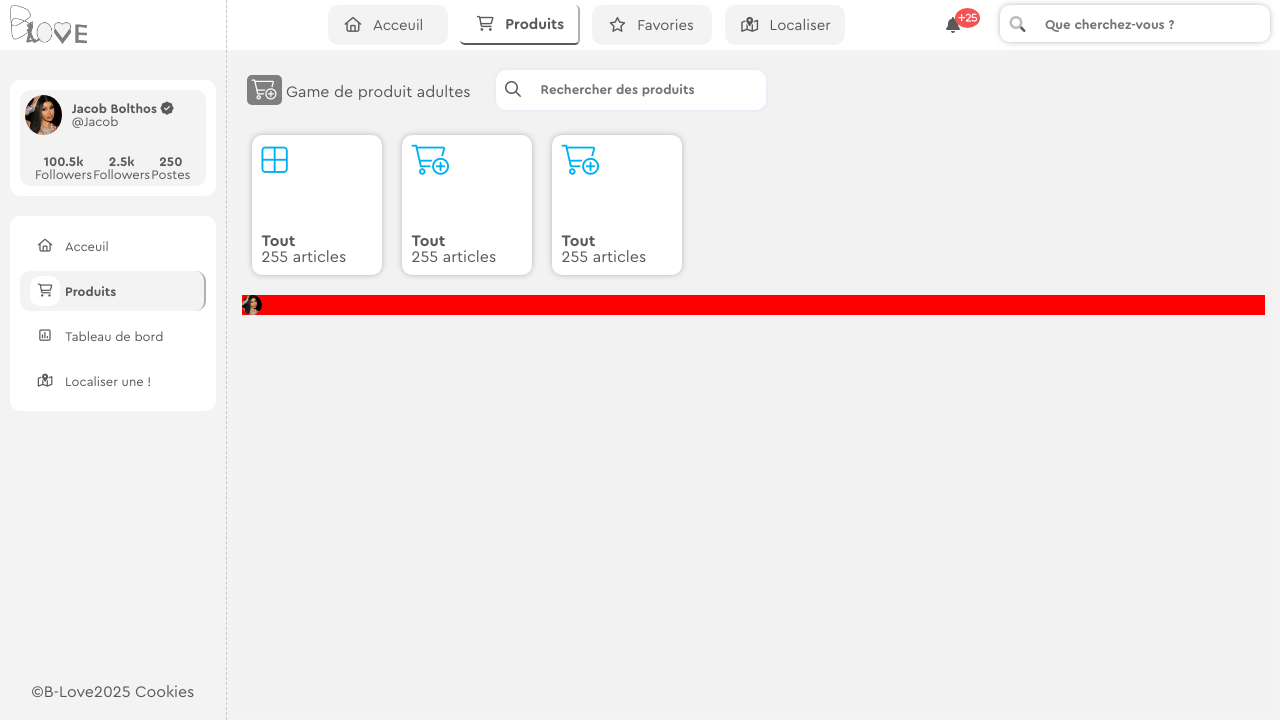
Repository: moomoony-log/b-love
Page: /home/product
The author's editor kept a copy of each file at every save. The page is drawn from the files as they stood at one save, then again after the next save.
The browser window is 1280 px wide. The pictures show the whole page.
The project was rebuilt for these pictures with package versions that can differ from the ones it lists, and the page was loaded fresh each time. Also part of the build but not shown: vite.config.ts, src/rules/legacy.tsx, src/rules/privacy.tsx, src/view/auth.tsx, src/view/main/acceuil.tsx, src/view/main/dashbord.tsx, src/view/main/info-account.tsx, src/view/main/account.tsx and 1 more.

Above is the page before, as saved 2025-10-02 16:06:34.

### index.html
<!--
        ?????????         ?????????        ???????????????????
        ????? ?????     ????? ?????      ??????????   ??????????
        ?????  ?????   ?????  ?????    ????????         ????????
        ?????   ????? ?????   ?????    ??????            ????????
        ?????    ?????????    ?????    ??????            ????????
        ?????      ?????      ?????    ???????          ????????
        ?????                 ?????     ?????????      ????????
        ?????                 ?????        ???????????????????
        ?????                 ?????         ????????????????

    TRAVAIL JUSQU'A CE QU'ON DISE QUE TU ES FRANC-MAÇON
    TRAVAIL JUSQU'A CE QU'ON DISE QUE TU ES FRANC-MAÇON
    TRAVAIL JUSQU'A CE QU'ON DISE QUE TU ES FRANC-MAÇON
-->
<!doctype html>
<html lang="en">
  <head>
    <meta charset="UTF-8">
    <meta name="viewport" content="width=device-width, initial-scale=1.0">
    <meta http-equiv="X-UA-Compatible" content="IE=edge">
    <!-- Inbuilt -->
    <link rel="shortcut icon" href="./img/logoloveb.png" type="image/x-icon">
    <!-- <link rel="stylesheet" href="./vendor/font-awesome-pro/css/all.css">  -->
    <!-- <link rel="stylesheet" href="./css/app.css">  -->
    <title>B!love</title>
  </head>
  <body id="index">
    <div id="main-container"></div>
    <script type="module" src="/src/main.tsx"></script>
  </body>
</html>

### src/main.tsx
import { StrictMode } from 'react'
import { createRoot } from 'react-dom/client'
import App from './app'

createRoot(document.getElementById('main-container')!).render(
  <StrictMode>
    <App />
  </StrictMode>
)

### src/app.tsx

import { createBrowserRouter, RouterProvider } from "react-router-dom";
import Legacy from "./rules/legacy";
import Privacy from "./rules/privacy";
import Main from "./view/main/main";
import Auth from "./view/auth";
import Acceuil from "./view/main/acceuil";
import Dashbord from "./view/main/dashbord";
import "../public/css/app.css"
import "../public/vendor/font-awesome-pro/css/all.css"
import InfoAccount from "./view/main/info-account";
import Account from "./view/main/account";
import BecomeToMember from "./view/main/becomeToMember";
import Product from "./view/main/product";

// import Auth from "./view/auth";

const router =  createBrowserRouter([
	{
		path:'/',
		element:<Auth/>
	},
	{
		path:'/legacy',
		element:<Legacy/>
	},
	{
		path:'/privacy',
		element:<Privacy/>
	},
	{
		path:'/home',
		element:<Main/>,
		children:[
			{
				path:'acceuil',
				element: <Acceuil/>
			},
			{
				path:'dashbord',
				element: <Dashbord/>,
			},
			{
				path: 'product',
				element: <Product/>
			},
			{
				path:'check',
				element: <div>Localisation</div>
			},
			{
				path:'client',
				element: <InfoAccount/>,
				children: [
					{
						path:'compte',
						element: <Account/>
					},
					{
						path:'devenir_membre',
						element: <BecomeToMember/>
					},

				]
			}

		]
	}
])

// --> POINT D'ENTREE DANS L'APP(INDEX --> AUTH)
function App() {
	return <RouterProvider router={router}/>
}

export default App

### src/view/main/product.tsx
import { useEffect, useRef } from "react"
import Input from "../../components/basic/input"

const Product = () => {
    const productRef = useRef<HTMLDivElement>(null)

        useEffect(()=> {
            const parent = productRef.current?.parentElement
            if(parent) parent.setAttribute('data-name', 'product')
            return () => parent?.removeAttribute('data-name')
        }, [])

    return (
        <>
        <div className="products-head" ref={productRef}>
            <span><i className="fa-light fa-cart-circle-plus"></i> Game de produit adultes</span>
            <Input icon="fa-regular fa-magnifying-glass" type="text" placeholder="Rechercher des produits"  />
        </div>
        <div className="product-category">
            <div className="category-item">
                <i className="fa-light fa-border-all"></i>
                <div>
                    <span>Tout</span>
                    <span>255 articles</span>
                </div>
            </div>
            <div className="category-item">
                <i className="fa-light fa-cart-circle-plus"></i>
                <div>
                    <span>Tout</span>
                    <span>255 articles</span>
                </div>
            </div>
            <div className="category-item">
                <i className="fa-light fa-cart-circle-plus"></i>
                <div>
                    <span>Tout</span>
                    <span>255 articles</span>
                </div>
            </div>
        </div>
        <div className="products-container">
            <div className="product-item">
                <div className="cont-account-img" data-name="like"><img src="../img/cardi_b.webp" alt="account-image"/></div>

            </div>
        </div>

        </>
    )
}

export default Product

### src/components/basic/button.tsx
// --> BUTTON COMPONENTS

import { forwardRef } from "react"
import { NavLink, useLocation } from "react-router-dom";

interface buttonProps {
    type: 'submit' | 'button',
    name?: string,
    icon?:string,
    color?: string,
    outline?: string,
    small?: 'small' | 'small-1' | 'small-2' | 'small-3',
    navigate?: string,
    children: boolean,
    border?: boolean,
    to: string | false,
    inner?:string,
    disable?:boolean,
    onclick?: () => unknown
}

const Button = forwardRef<HTMLButtonElement, buttonProps>(
  ({ name, icon, color, outline, small, navigate, inner, disable, children,border, to, onclick }, ref) => {
    const location = useLocation()
    return (
      <button
        ref={ref}
        type="button"
        className="ui-btn"
        name={name}
        color={color}
        {...(outline ? { "data-outline": "" } : {})}
        {...(disable ? { disabled: true } : {})}
        {...(navigate ? { "data-navigate": "" } : {})}
        {...(inner ? { "data-inner": "" } : {})}
        {...(small ? { "data-size" : small} : {})}
        {...(border ? { "data-border": "" } : {})}
        {...(to && location.pathname === to ? { "data-active": "" } : {})}
        onClick={onclick}
      >
        { (!children && !to ) && name } { icon && (!children && !to ) && <i className={icon}></i> }

        { (children && to) && <NavLink to={to}>  <i className={icon}></i>  {name} </NavLink> }

      </button>
    );
  }
);

export default Button

### public/css/config/config.css
/* Style global de configuration */

/* Police d'ecriture */
/* Cera */
@font-face{
    font-family: 'Cera';
    src: url('../../font/cera-round-pro/CeraRoundPro-Bold.otf');
    font-weight: bold;
}
@font-face {
    font-family: 'Cera';
    src: url('../../font/cera-round-pro/CeraRoundPro-Regular.otf');
    font-weight: normal;
}

/* body{
    display: flex !important;
    padding: 5px;
    height: 100%;
    width: 100%;
    position: absolute;
    top: 0;
    left: 0;
    overflow: hidden;
} */
body *{
    box-sizing: border-box;
    font-family: 'Cera', sans-serif;
    font-weight: bold;
}

button:focus, input:focus, textarea:focus, select:focus {
    outline: none;
}

button {
    cursor: pointer;
    border: none;
}

h1, h2, h3, h4, h5, p {
    color: inherit;
    margin: 0;
    padding: 0;
    text-decoration: inherit;
}

img{
    height: inherit;
    max-width: 100%;
}

### public/css/component/components.css
 /* Imporation des dependances */
 @import url('input.css');
 @import url('button.css');
 @import url('img.css');
 @import url('notification.css');
 @import url('loader.css');
 @import url('table.css');
 @import url('./modals/modal.css');

 @keyframes text{
    0%{
        transform: translateX(100%);
    }
    100%{
        transform: translateX(-100%);
    }
 }

### public/css/views.css
/* --> Css relative à toutes les vues communes  */
@import url('views/auth.css');
@import url('views/legacy.css');
@import url('views/privacy.css');

### public/css/animation.css
@keyframes reotateInner {
    from {
       transform: rotate(0);
    }
    to{
       transform: rotate(180deg);
    }
 }
 @keyframes Online {
    0%, 100% {
       transform: scale(1.5);
       opacity: 1;

    }
    50% {
       transform: scale(0.5);
       /* opacity: 0.5; */
    }
 }
  @keyframes Online2 {
    0%, 100% {
       opacity: 1;

    }
    50% {
       opacity: 0.5;
    }
 }
 @keyframes spin {
   0%{
      transform: rotate(0deg);
   }
   100%{
      transform: rotate(360deg);
   }

 }
  @keyframes opa {
   0%{
      opacity: .4;
   }
   100%{
      opacity: 1;
   }

 }

### public/css/utils/utils.css
@import url('variable.css');
@import url('helper.css');

### public/css/utils/variable.css
/* Variables */
:root{
    --color-white: #ffffff;
    --color-gray-soft: #F6F8FA;
    --color-gray-medium: #b0b0b0;
    --color-gray-hard: #595959;
    --color-gray-hard-1: #7f7f7f;
    /* --color-gray-hard-3: #d4d2d246; */
    --color-gray-hard-3: #f2f2f2e7;
    --color-gray-hard-5: #f2f2f2;
    --color-gray-hard-4: #5959592f;
    --color-blue-lite: #dbf5ff;
    --color-blue-soft: #00B0F0;
    --color-blue-soft-2: #9ab9dc;
    --color-blue-hard: #2A6EBB;
    --color-green-lite: #aefecf;
    --color-green-lite-2: #80d6a4;
    --color-green-hard: #41cf7c;
    --color-red-lite: #ffcdcd;
    --color-red-soft: #f58e8e;
    --color-red-hard: #f25353;
    --shadow-one: 0 0 5px #eee;
    --shadow-two: 0 0 5px #84b1c3;
    --shadow-3: 0 0 4px #bababa;
    --bezier-1: cubic-bezier(0.68, -0.55, 0.27, 1.55);
}

### public/css/utils/helper.css
/* cool-scroll-bar */
.cool-scroll-bar::-webkit-scrollbar{
    width: 3px;
    height: 3px;
    border-radius: 50px !important;
    background-color: var(--color-gray-soft);
    box-shadow: 0 0 5px var(--color-gray-soft);
}
.cool-scroll-bar::-webkit-scrollbar-thumb{
    background-color: var(--color-gray-medium);
    border-radius: 50px !important;
}

### public/css/views/legacy.css
.legacy {
    z-index: 10;
    height: 100%;
    padding: 20px;
    overflow: auto;
}
.legacy p{
    font-size: 40px;
}

### public/css/views/privacy.css
.privacy {
    z-index: 10;
    height: 100%;
    padding: 20px;
    overflow: auto;
}
.privacy p{
    font-size: 40px;
}

### public/css/component/img.css
/* ---> CSS DES COMPOSANTS IMAGES */
.cont-account-img{
    overflow: hidden;
    position: relative;
    cursor: pointer;
}
.cont-account-img[data-name="account"]{
    height: 40px;
    width: 50px;
    border-radius: 50%;

}
.cont-account-img[data-name="pub"]{
    height: 40px;
    width: 50px;
    border-radius: 50%;

}
/* image compte publication */
.cont-account-img[data-name="my-post"]{
    width: 65px;
    height: 65px;
    border-radius: 5px;
}

/* image compte publication */
.cont-account-img[data-name="pub-2"]{
    min-width: 35px;
    max-width: 35px;
    height: 35px;
    border-radius: 50%;
}
.cont-account-img[data-name="like"]{
    width: 20px;
    height: 20px;
    border-radius: 50%;
}
.cont-account-img[data-name="info-account"]{
    height: 130px;
    width: 130px;
    border-radius: 50%;
}
.cont-account-img img{
    height: 100%;
    width: 100%;
    object-fit: cover;
    position: absolute;
    display: block;
}

/* Image du logo */
.logo-content img{
    height: 40px;
}
.marketing-img{
    width: 50%;
    height: 100%;
}
#app-content-right .head .logo-content img{
    height: 35px;
}
.container-my-pub .item-pub img{
    width: 100%;
    height: 100%;
    object-fit: cover;
    border-radius: 5px;
    cursor: pointer;
}
/* Image de publié */
/* Grille d'images style Facebook */

.pub-content .medias-body .cont-account-img{
    border-radius: 0px;
    width: 100%;
    height: 100%;
    justify-content: center;
    align-items: center;
    overflow: hidden;
}
.pub-content .medias-body .cont-account-img[data-img]::before{
    content: attr(data-img);
    font-size: 14px;
    background-color: white;
    font-weight: lighter;
    position: absolute;
    color: var(--color-gray-hard-1);
    height: 25px;
    width: 100px;
    border-radius: 10px;
    text-align: center;
    line-height: 25px;
    right: 5px;
    top: 5px;
    z-index: 40;
}
.pub-content .medias-body .cont-account-img img{
    max-width: 100%;
    max-height: 100%;
    object-fit: contain; /* conserve le ratio */
}
 .pub-content .medias-body .cont-account-img  iframe {
    position: absolute;
    top: 0;
    left: 0;
    width: 100%;
    height: 100%;
  }
  .container-my-pub .item-pub video{
    width: 100%;
    height: 100%;
    cursor: pointer;
    border-radius: 5px;
    background-color: black;
}
/*
.pub-content {
    width: 100%;
} */

/* .pub-content .cont-account-img:hover img {
    transform: scale(1.03);
}  */

### public/css/component/notification.css
/* CSS DES GRILLES DE NOTIFICATIONS */
#notification{
    position: absolute;
    right: 0;
    z-index: 900;
    width: 350px;
    bottom: 0;
    padding: 5px;
    display: flex;
    justify-content: flex-end;
    align-items: center;
    flex-direction: column;
    gap: 10px;
}
#notification .notif-item{
    width: 320px;
    max-height: 60px;
    box-sizing: border-box;
    background-color: var(--color-white);
    display: flex;
    align-items: center;
    overflow: hidden;
    gap: 5px;
    padding: 10px;
    border-radius: 10px;
    opacity: 0;
    transform: scale(0);
    box-shadow: 0 0 7px -2px var(--color-gray-hard-1);
    transition: transform .3s cubic-bezier(0.68, -0.55, 0.27, 1.55), opacity .2s ease-in-out, max-height .3s ease-in-out;
}

#notification .notif-item[show]{
    opacity: 1;
    transform: scale(1);
}

#notification .notif-item .icon{
    height: 35px;
    width: 35px;
    line-height: 35px;
    text-align: center;
    font-size: 15px;
    border-radius: 50%;
    position: relative;
    z-index: 2;
    color: var(--color-white);
}

#notification .notif-item .icon::before{
    position: absolute;
    text-align: center;
    left: 0;
    font-size: 35px;
    content: '\f335';
    font-family: 'Font Awesome 6 Pro';
    z-index: -1;
}

#notification .notif-item .exit{
    text-align: center;
    margin-left: 5px;
    border-radius: 50%;
    cursor: pointer;
    color: #cccccc;
}

#notification .notif-item[data-name="exit"] {
    border-left: 5px solid var(--color-red-soft);
}
#notification .notif-item[data-name="exit"] .exit{
    color: var(--color-red-soft);
}
#notification .notif-item[data-name="good"] .exit{
    color: var(--color-green-lite-2);
}
#notification .notif-item[data-name="exit"]:hover{
    box-shadow: 0 0 7px -2px var(--color-red-hard);
}
#notification .notif-item[data-name="good"]:hover{
    box-shadow: 0 0 7px -2px var(--color-green-hard);
}
#notification .notif-item[data-name="await"]:hover{
    box-shadow: 0 0 7px -2px var(--color-gray-hard);
}
.notif-item[data-name="exit"] .icon::before{
    color: var(--color-red-soft);
}
#notification .notif-item[data-name="await"]{
    border-left: 5px solid #cccccc;
}
.notif-item[data-name="good"] .icon::before{
    color: var(--color-green-lite-2);
}
.notif-item[data-name="await"] .icon::before{
    color: #cccccc;
}
#notification .notif-item[data-name="good"]{
    border-left: 5px solid var(--color-green-lite-2);
}
#notification .notif-item .title{
    text-wrap: nowrap;
    color: var(--color-gray-hard-1);
    font-size: 13px;
}
#notification .notif-item .text{
    font-size: 12px;
    display: flex;
    overflow: hidden;
    max-width: 240px;
    text-overflow: ellipsis;
    font-weight: lighter;
}

/* RESPONSIVE STATE */
@media (max-width: 344px) {
    #notification{
        width: 300px;
    }
    #notification .notif-item{
        width: 290px;
        max-height: 80px;
    }
    #notification .notif-item .icon::before{
        left: -2px;
    }
}

### public/css/component/loader.css

/* CSS DU COMPOSANT DE CHRAGEMENT */
#loader{
    position: absolute;
    display: flex;
    flex-direction: column;
    width: 100%;
    gap: 10px;
    height: 100%;background-color: rgba(255, 255, 255, 0.744);
    justify-content: center;
    align-items: center;
    z-index: 1000;
}

#loader .spinner{
    height: 60px;
    width: 60px;
    display: flex;
    justify-content: center;
    align-items: center;
    position: relative;
    animation: spin 2s linear infinite;
}
#loader .spinner::before{
    content: '';
    height: 100%;
    width: 100%;
    position: absolute;
    border-radius: 50%;
    border: solid 4px var(--color-gray-hard-3);
}
#loader .spinner::after{
    content: '';
    height: 100%;
    width: 100%;
    position: absolute;
    border-radius: 50%;
    border: solid 4px transparent;
    border-left-color:var(--color-gray-hard-1);
    animation: spin 0.8s linear infinite, opa 0.8s ease-in-out infinite alternate-reverse;
}
#loader img{
    width: 95px;
    height: 50px;
}
#loader i{
    font-size: 20px;
}
#loader .i{
   background-color: var(--color-gray-hard-);
   padding: 7px;
   display: flex;
   align-items: center;
   justify-content: center;
   border-radius: 5px;
}

### public/css/component/table.css
.infos-personnels[data-name="statut"] .availability table{
    border-collapse: collapse;
    width: 100%;
    background-color: var(--color-white);
    text-align: center;
    font-size: 13px;
}
.availability table th,
.availability table td{
    height: 40px;
    padding: 3px;
}
.availability table td:last-child{
    text-align: right;
}
.availability table tbody tr:hover{
    background-color: var(--color-gray-hard-3);
}

.cont-my-post table{
    width: 100%;
    border-spacing: 0 5px;
    background-color: var(--color-white);
    text-align: center;
    padding: 5px;
    border-radius: 5px;
}
.cont-my-post table tbody td:last-child button{
    background-color: white;
    margin-left: 5px;
}
.cont-my-post table tbody tr:hover td{
    background-color: var(--color-white);
}
.cont-my-post table tbody tr:hover td:last-child button{
    background-color: var(--color-gray-hard-3);
}

.cont-my-post table tbody td{
    padding: 5px;
    background-color: var(--color-gray-hard-3);
    font-weight: lighter;
    margin: 10px;
}
.cont-my-post table tbody td:last-child{
    text-align: right;
}


@media (max-width: 855px) {
    .cont-my-post table{
        font-size: 12px;
    }
    .cont-my-post table tbody td:last-child{
        display: flex;
        flex-direction: column;
        margin: 0;
        gap: 5px;
    }
}

@media (max-width: 355px) {
    .cont-my-post table tbody td:last-child{
        font-size: 11px;
    }
}

### public/css/component/modals/modal.css
/* @import url('./modals/registration.css'); */
@import url('./publication.css');
@import url('./confirm.css');

#modals .modal{
    position: fixed;
    display: none;
    align-items: center;
    left: 0;
    top: 0;
    justify-content: center;
    height: 100%;
    width: 100%;
    background-color: #262f4ae8;
    z-index: 1000;
    transition: opacity .6s ease-in-out;
    animation: show-modal .5s ease-in-out;
 }
 .modal .box{
    background-color:var(--color-gray-soft);
    min-width: 300px;
    max-width: 1300px;
    min-height: 270px;
    box-shadow: 0 0 5px 0px #263b80;
    padding: 10px;
    border-radius: 15px;
    opacity: 1;
    transform: scale(.9);
    flex-direction: column;
    gap: 10px;
    animation: show-box .6s ease-in-out forwards;
 }

 .modal:active .box{
    animation: show-box .6s ease-in-out forwards, show-cont .1s ease-in-out;
 }
 /* Animation > Affichage > Masquage */
  .modal[show]{
    display: flex !important;
 }
 .modal[show] .box{
   display: flex !important;
 }
 .modal[hide]{
    opacity: 0;
 }
 .modal[hide] .box{
    animation: hide-box .5s ease-in-out forwards;
 }
.modal .box .modal-head{
   height: 30px;
   display: flex;
   padding: 0 5px;
   justify-content: space-between;
   align-items: center;
 }
.box .modal-head .title i{
   height: 25px;
   width: 25px;
   line-height: 25px;
   text-align: center;
   border-radius: 5px;
   color: var(--color-white);
   background-color: var(--color-gray-hard-1);
 }
.box .modal-head .exit i{
   color: var(--color-red-hard);
   cursor: pointer;
}
.modal .box .body{
   min-height: 200px;
   border-radius: 10px;
   padding: 5px;
}
.modal .box .controler{
   width: 100%;
   display: flex;
   justify-content: space-between;
 }

### public/css/component/modals/publication.css
.modal[name="publication"] .box .body{
   display: flex;
   background-color: var(--color-white);
}

### public/css/component/modals/confirm.css
.modal[name="confirm"] .box .body{
   display: flex;
   background-color: var(--color-white);
   display: flex;
   flex-direction: column;
   justify-content: center;
   align-items: center;
   position: relative;
}
.modal[name="confirm"] .box .body::after{
    content: '';
    height: 100%;
    width: 100%;
    border-radius: 10px;
    position: absolute;
    animation: Online2 1s ease-in-out infinite;
}
.modal[name="confirm"] .box .body .icon{
    height: 75px;
    width: 75px;
    font-size: 50px;
    line-height: 75px;
    text-align: center;
    border-radius: 10px;
    margin-bottom: 5px;
}
.modal[name="confirm"] .box .body .title{
    font-size: 20px;
    margin-bottom: 20px;
}
.modal[name="confirm"] .box .body .confirm-text{
    font-weight: lighter;
}

.modal[name="confirm"] .box .body[type="exit"]::after{
    background-color: rgba(255, 17, 17, 0.066);
}
.modal[name="confirm"] .box .body[type="exit"] .icon{
    box-shadow: 0 0 7px -4px var(--color-red-hard);
    background-color: var(--color-red-lite);
    color: var(--color-red-soft);
}
.modal[name="confirm"] .box .body[type="exit"] .title{
    color: var(--color-red-soft);
}

.modal[name="confirm"] .box .body[type="good"]::after{
    background-color: rgba(17, 184, 255, 0.077);
}
.modal[name="confirm"] .box .body[type="good"] .icon{
    box-shadow: 0 0 7px -4px var(--color-blue-hard);
    background-color: var(--color-blue-lite);
    color: var(--color-blue-soft);
}
.modal[name="confirm"] .box .body[type="good"] .title{
    color: var(--color-blue-soft);
}

### src/utils/utils.ts
class Utils {

    static emailValidation(email: string) : boolean {
        const emailRegex :RegExp = /^[^\s@]+@[^\s@]+\.[^\s@]+$/
        return emailRegex.test(email)
    }

    static inputValue(value: string, minLenght: number) : boolean {
        const inputRegex :RegExp = /^[A-Za-zÀ-ÖØ-öø-ÿ\s]+$/

        if (value.length > minLenght && inputRegex.test(value)) return inputRegex.test(value)
        else return false
    }

    static passwordValidation = (value: string):boolean => {
        const passwordRegex: RegExp = /^(?=.*?[A-Z])(?=.*?[a-z])(?=.*?[0-9])(?=.*?[#?!@$%^&*-]).{8,}$/g
        if (passwordRegex.test(value)) return true
        else return false
    }

    static otpValidation = (value: string):boolean => {
        const otpRegex : RegExp = /^[0-9]+$/gm
        if(otpRegex.test(value) && value.length === 1) return true
        else return false
    }

}

export default Utils

Loaded but not shown: public/vendor/font-awesome-pro/css/all.css (library); public/css/app.css (2227 lines, source omitted); src/view/main/main.tsx (179 lines, source omitted); src/components/basic/input.tsx (178 lines, source omitted); public/css/views/auth.css (265 lines, source omitted); public/css/component/input.css (225 lines, source omitted); public/css/component/button.css (210 lines, source omitted)

After the next save:
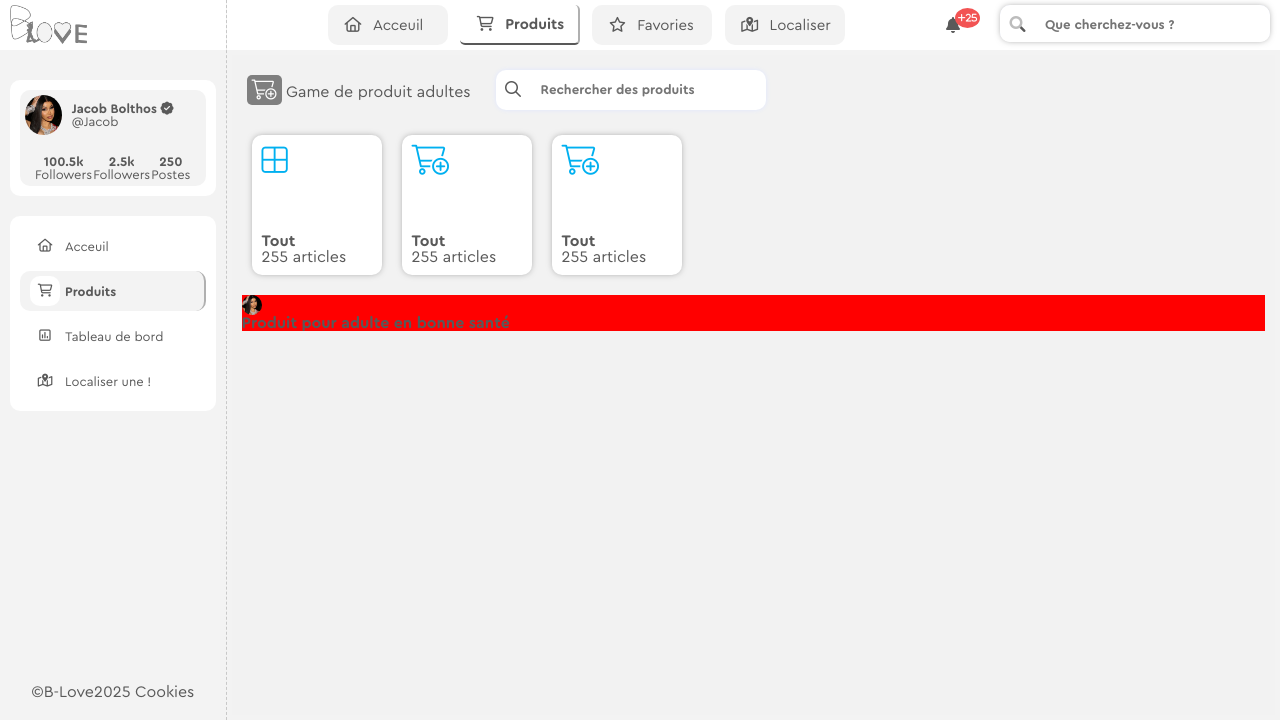
Saved 3 min 28 s later.
--- a/src/view/main/product.tsx
+++ b/src/view/main/product.tsx
@@ -42,6 +42,8 @@ const Product = () => {
         <div className="products-container">
             <div className="product-item">
                 <div className="cont-account-img" data-name="like"><img src="../img/cardi_b.webp" alt="account-image"/></div>
+                <span className="descrip">Produit pour adulte en bonne santé</span>
+
 
             </div>
         </div>
